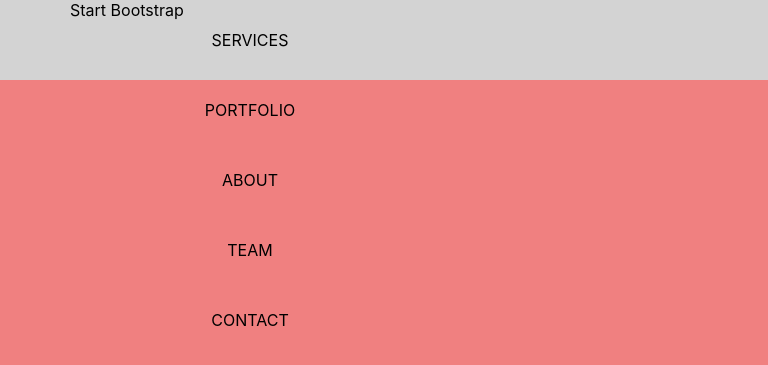
Repository: ooter37/media-queries-afternoon
Page: / (app in portfolio-clone/)
The author's editor kept a copy of each file at every save. The page is drawn from the files as they stood at one save, then again after the next save.
The browser window is 768 px wide. The pictures show the whole page.
The project was rebuilt for these pictures with package versions that can differ from the ones it lists, and the page was loaded fresh each time.

Above is the page before, as saved 2020-04-13 13:46:29.

After the next save:
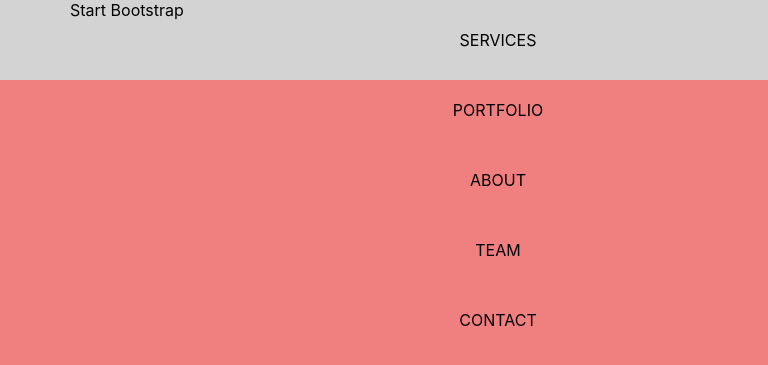
Saved 35 s later.
--- a/portfolio-clone/src/App.css
+++ b/portfolio-clone/src/App.css
@@ -42,8 +42,7 @@ body {
     flex-direction: column;
     min-width: 300px;
     height: 300px;
-    position: fixed;
-    left: 0px;
+
   }
 
 }
